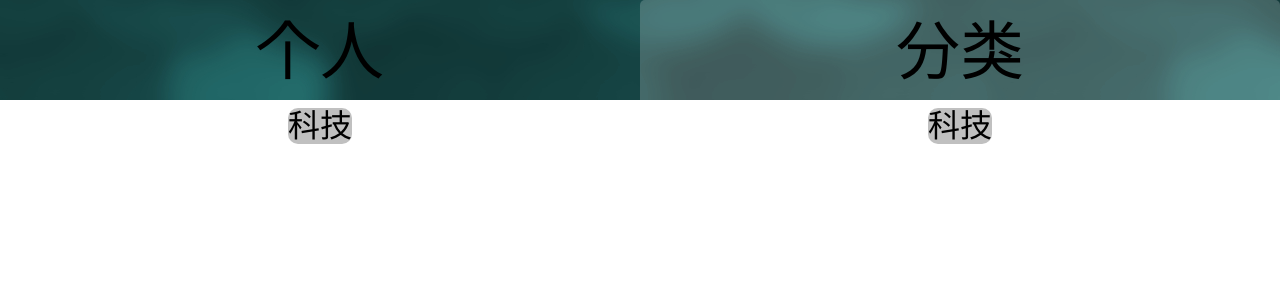
Repository: aoandxie/AoNews
Page: AoNews/WebContent/classify.html
An editor plug-in stored every save of this project. The page is shown before and after the next save, followed by the edit.
The browser window is 1280 px wide. The pictures show the whole page.

Above is the page before, as saved 2017-03-05 16:02:47.

After the next save:
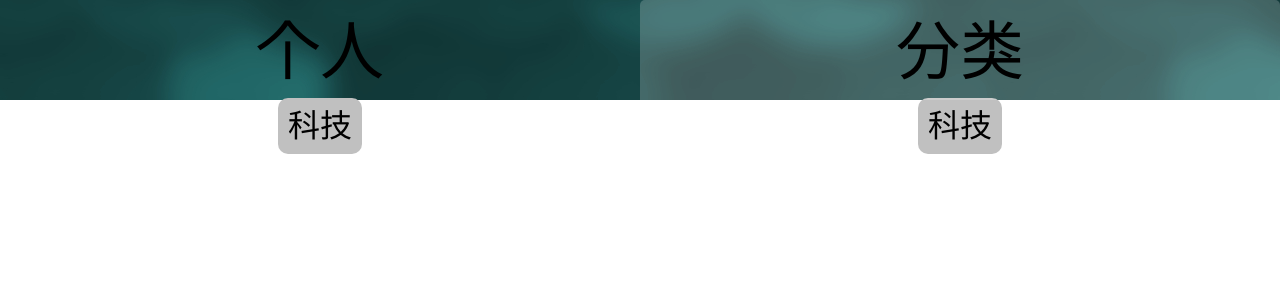
Saved 32 s later.
--- a/AoNews/WebContent/common_style.css
+++ b/AoNews/WebContent/common_style.css
@@ -122,6 +122,8 @@ a{
 
 .ClassBox a{
 	font-size: 2em;
+	margin: 10px;
+	padding: 10px;
 	border-radius: 10px;
 	background-color: silver;
 
